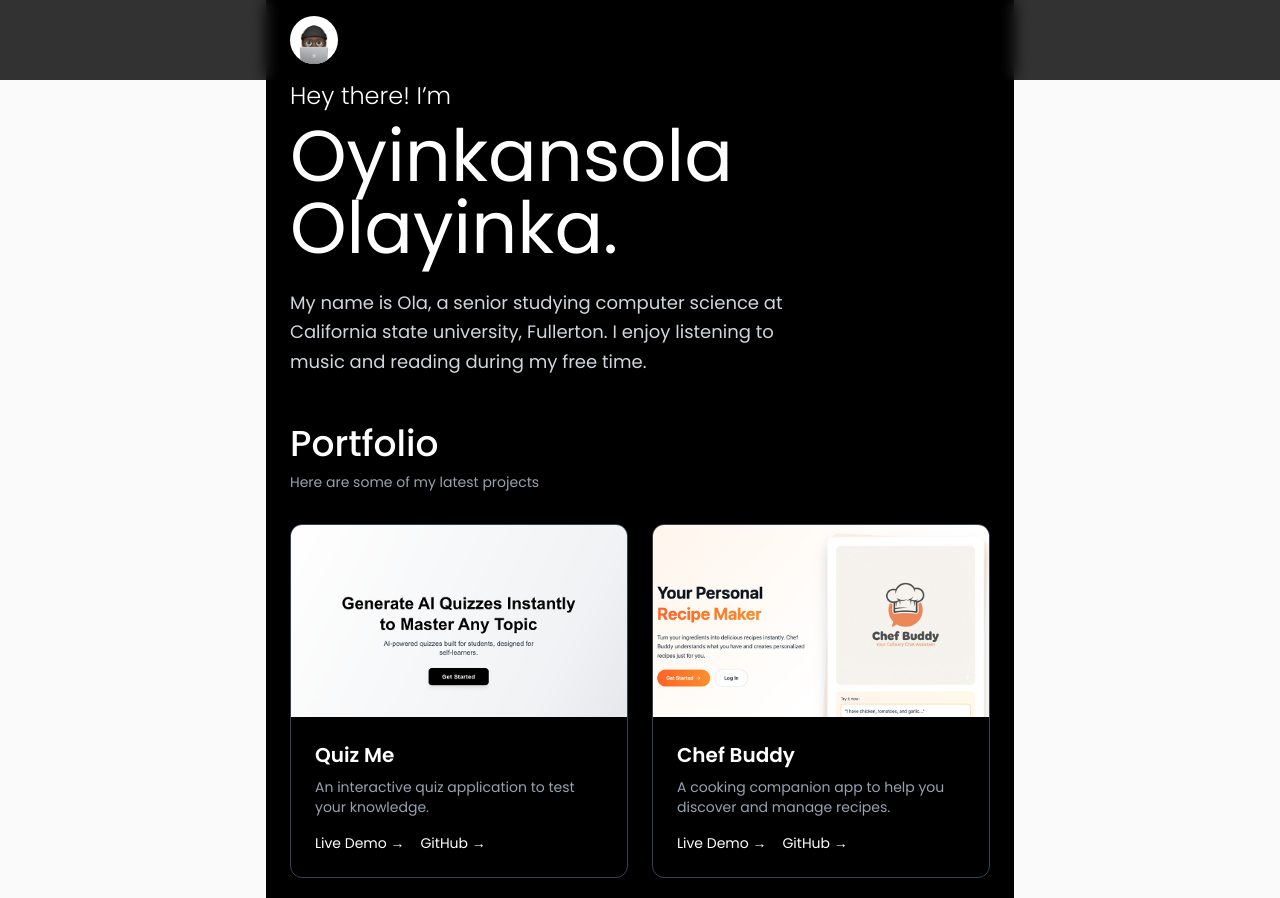
Repository: olasores/olasores-portfolio
Page: /
The author's editor kept a copy of each file at every save. The page is drawn from the files as they stood at one save, then again after a run of saves.
The browser window is 1280 px wide. The pictures show the whole page.
The project was rebuilt for these pictures with package versions that can differ from the ones it lists, and the page was loaded fresh each time. The framework's server and built-in components were replaced by stand-ins that run in the browser. Also part of the build but not shown: next.config.ts.

Above is the page before, as saved 2025-11-11 13:07:56.

### app/layout.tsx
import type { Metadata } from "next";
import { Poppins } from "next/font/google";
import "./globals.css";
import Navbar from "./components/Navbar";

const poppins = Poppins({
  variable: "--font-poppins",
  weight: ["300", "400", "500", "600", "700"],
  subsets: ["latin"],
});

export const metadata: Metadata = {
  title: "Create Next App",
  description: "Generated by create next app",
};

export default function RootLayout({
  children,
}: Readonly<{
  children: React.ReactNode;
}>) {
  return (
    <html lang="en">
      <body
        className={`${poppins.variable} antialiased`}
      >
        <Navbar />
        {children}
      </body>
    </html>
  );
}

### app/page.tsx
import HomeSection from "./components/HomeSection";

export default function Home() {
  return (

    <div className="flex min-h-screen items-center justify-center bg-zinc-50 font-sans dark:bg-black top-20">
      <HomeSection />

    </div>
  );
}

### app/globals.css
@import "tailwindcss";

* {
  font-family: 'Poppins', sans-serif;
}

:root {
  --background: #ffffff;
  --foreground: #171717;
}

@media (prefers-color-scheme: dark) {
  :root {
    --background: #0a0a0a;
    --foreground: #ededed;
  }
}

body {
  background: var(--background);
  color: var(--foreground);
}

### app/components/Navbar.tsx
export default function Navbar() {
    return (
        <nav className="fixed top-0 left-0 right-0 bg-black/80 backdrop-blur-sm px-6 py-4 z-50 flex justify-center">
            <div className="max-w-[700px] w-full flex items-center justify-between">
                {/* Logo */}
                <div className="relative w-12 h-12 rounded-full bg-white overflow-hidden flex items-center justify-center">
                    <img
                        src="/assets/olaimg2.webp"
                        alt="Oyinkansola Olayinka Logo"
                        className="w-full h-full object-cover"
                    />
                </div>

                {/* Links */}
                {/* <div className="flex gap-8 text-white">
                    <a href="#" className="hover:text-gray-400 transition">
                        Github ↗
                    </a>
                    <a href="#" className="hover:text-gray-400 transition">
                        linkedin ↗
                    </a>
                    <a href="#" className="hover:text-gray-400 transition">
                        Resume ↗
                    </a>
                </div> */}
            </div>
        </nav>
    );
}

### app/components/HomeSection.tsx
import Portfolio from "./Portfolio";
export default function HomeSection() {
    return (
        <div className="flex min-h-screen justify-center bg-black font-sans dark:bg-black px-6 py-5 pt-1 md:pt-20">
            <div className="max-w-[700px] w-full flex flex-col gap-12">
                {/* Text content */}
                <div className="flex flex-col gap-6 items-center md:items-start">
                    <div>
                        <h2 className="text-xl md:text-2xl font-light text-white mb-2">
                            Hey there! I&rsquo;m
                        </h2>
                        <h1 className="text-5xl md:text-7xl  text-white">
                            Oyinkansola Olayinka.
                        </h1>
                    </div>

                    <p className="text-base md:text-lg text-gray-300 leading-relaxed max-w-lg">
                        My name is Ola, a senior studying computer science at California state university, Fullerton. I enjoy listening to music and reading during my free time.
                    </p>

                    {/* Links */}
                    {/* <div className="flex gap-6 text-lg md:text-xl text-white">
                        <a href="#" className="hover:text-gray-400 transition">
                            Github ↗
                        </a>
                        <a href="#" className="hover:text-gray-400 transition">
                            linkedin ↗
                        </a>
                        <a href="#" className="hover:text-gray-400 transition">
                            Resume ↗
                        </a>
                    </div> */}

                </div>
                <Portfolio />

            </div>
        </div>
    );
}

### app/components/Portfolio.tsx
export default function Portfolio() {
    return (
        <div className="flex justify-center bg-black font-sans dark:bg-black ">
            <div className="max-w-[700px] w-full flex flex-col gap-8">
                {/* Section Title */}
                <div>
                    <h2 className="text-3xl md:text-4xl font-medium text-white mb-2">
                        Portfolio
                    </h2>
                    <p className="text-gray-400 text-sm">
                        Here are some of my latest projects
                    </p>
                </div>

                {/* Projects Grid */}
                <div className="grid grid-cols-1 md:grid-cols-2 gap-6">
                    {/* Quiz Me Project */}
                    <div className="border border-gray-700 rounded-xl overflow-hidden hover:border-gray-500 transition flex flex-col">
                        {/* Project Image */}
                        <div className="w-full h-48 bg-gray-800 overflow-hidden">
                            <img
                                src="/assets/quizzy.png"
                                alt="Quiz Me Project"
                                className="w-full h-full object-cover"
                            />
                        </div>

                        {/* Project Details */}
                        <div className="p-6 flex flex-col gap-4 flex-1">
                            <div>
                                <h3 className="text-xl font-semibold text-white mb-2">
                                    Quiz Me
                                </h3>
                                <p className="text-gray-400 text-sm">
                                    An interactive quiz application to test your knowledge.
                                </p>
                            </div>

                            {/* Links */}
                            <div className="flex gap-4 text-sm mt-auto">
                                <a
                                    href="https://quiz-me-sandy.vercel.app/"
                                    target="_blank"
                                    rel="noopener noreferrer"
                                    className="text-white hover:text-gray-300 transition"
                                >
                                    Live Demo →
                                </a>
                                <a
                                    href="#"
                                    className="text-white hover:text-gray-300 transition"
                                >
                                    GitHub →
                                </a>
                            </div>
                        </div>
                    </div>

                    {/* Project Card 2 - Chef Buddy */}
                    <div className="border border-gray-700 rounded-xl overflow-hidden hover:border-gray-500 transition flex flex-col">
                        {/* Project Image */}
                        <div className="w-full h-48 bg-gray-800 overflow-hidden">
                            <img
                                src="/assets/chef.png"
                                alt="Chef Buddy Project"
                                className="w-full h-full object-cover"
                            />
                        </div>

                        {/* Project Details */}
                        <div className="p-6 flex flex-col gap-4 flex-1">
                            <div>
                                <h3 className="text-xl font-semibold text-white mb-2">
                                    Chef Buddy
                                </h3>
                                <p className="text-gray-400 text-sm">
                                    A cooking companion app to help you discover and manage recipes.
                                </p>
                            </div>

                            {/* Links */}
                            <div className="flex gap-4 text-sm mt-auto">
                                <a
                                    href="https://chef-buddy-rouge.vercel.app/"
                                    target="_blank"
                                    rel="noopener noreferrer"
                                    className="text-white hover:text-gray-300 transition"
                                >
                                    Live Demo →
                                </a>
                                <a
                                    href="#"
                                    className="text-white hover:text-gray-300 transition"
                                >
                                    GitHub →
                                </a>
                            </div>
                        </div>
                    </div>
                </div>
            </div>
        </div>
    );
}

After the next 2 saves:
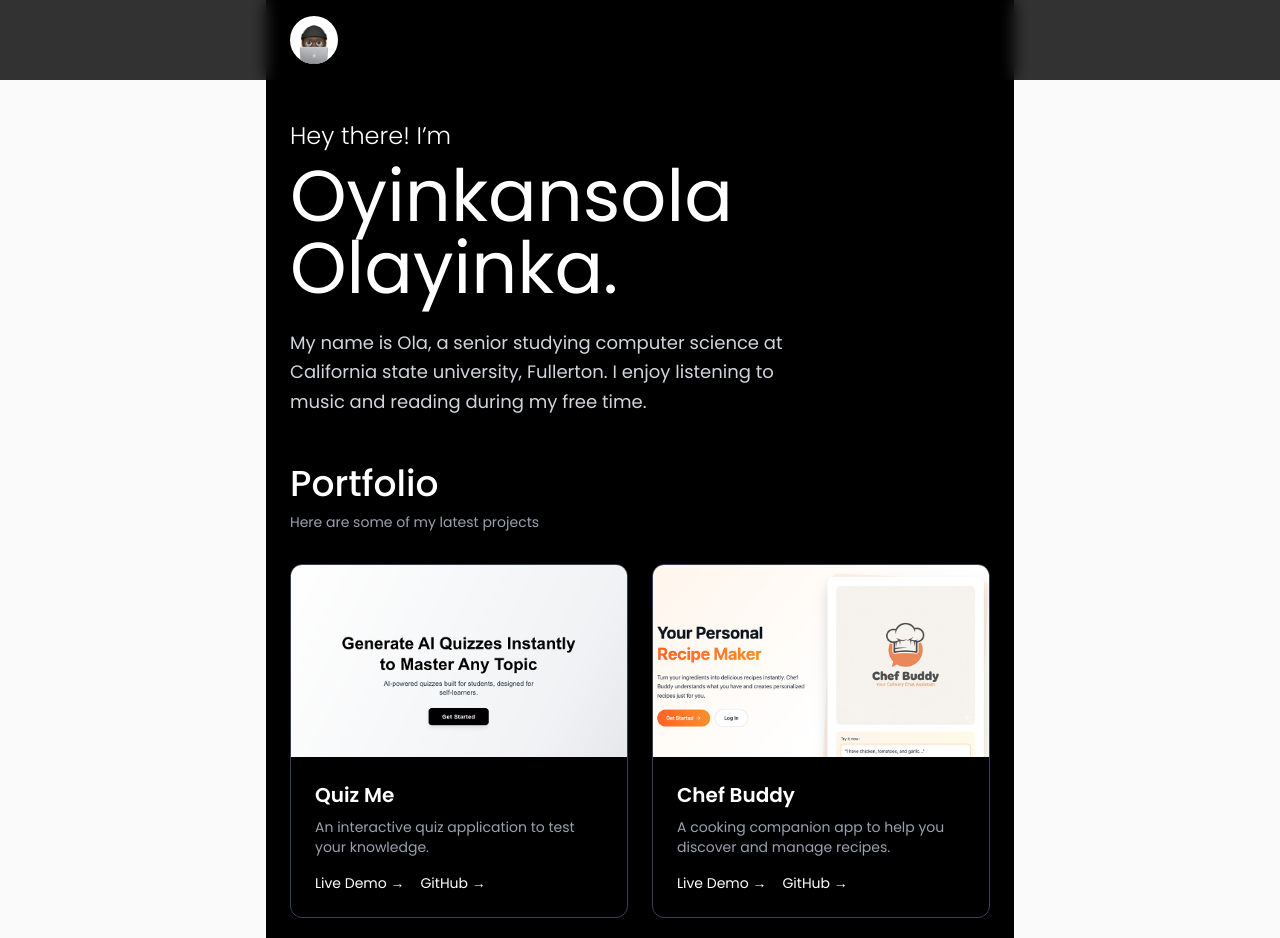
The 2 saves are shown as one change because they came seconds apart.
The last was saved 7 s later.
--- a/app/components/HomeSection.tsx
+++ b/app/components/HomeSection.tsx
@@ -1,7 +1,7 @@
 import Portfolio from "./Portfolio";
 export default function HomeSection() {
     return (
-        <div className="flex min-h-screen justify-center bg-black font-sans dark:bg-black px-6 py-5 pt-1 md:pt-20">
+        <div className="flex min-h-screen justify-center bg-black font-sans dark:bg-black px-6 py-5 pt-10 md:pt-30">
             <div className="max-w-[700px] w-full flex flex-col gap-12">
                 {/* Text content */}
                 <div className="flex flex-col gap-6 items-center md:items-start">
